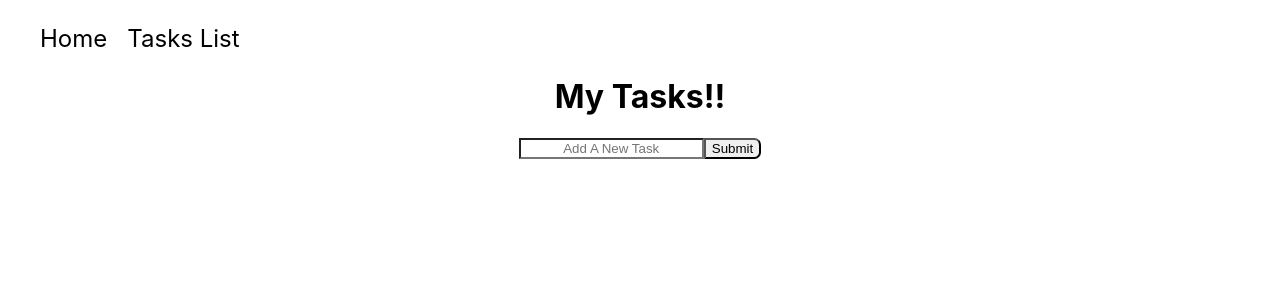
Repository: runner855/abstract_todolist
Page: /
An editor plug-in stored every save of this project. The page is shown before and after the next save, followed by the edit.
The browser window is 1280 px wide. The pictures show the whole page.
The project was rebuilt for these pictures with package versions that can differ from the ones it lists, and the page was loaded fresh each time.

Above is the page before, as saved 2022-11-08 15:56:21.

After the next save:
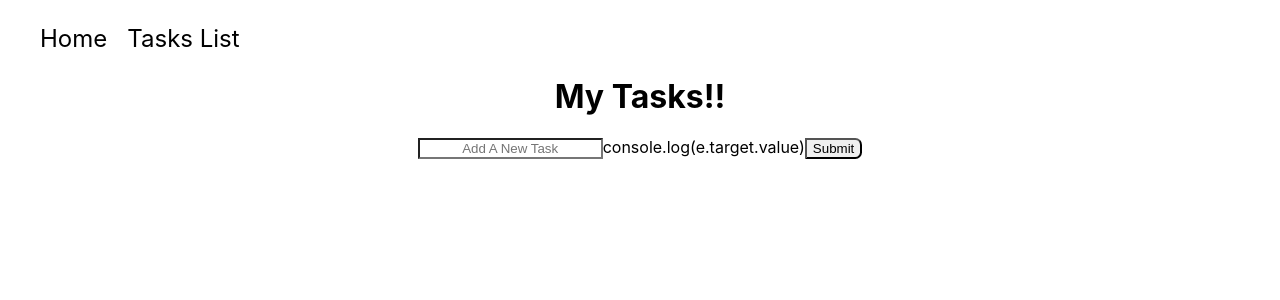
Saved 38 s later.
--- a/src/App.tsx
+++ b/src/App.tsx
@@ -14,6 +14,7 @@
           placeholder="Add A New Task"
           onChange={(e) => setValue(e.target.value)}
         ></input>
+        console.log(e.target.value)
         <button onClick={() => console.log("clicked")}>Submit</button>
       </div>
     </div>

After the save that followed:
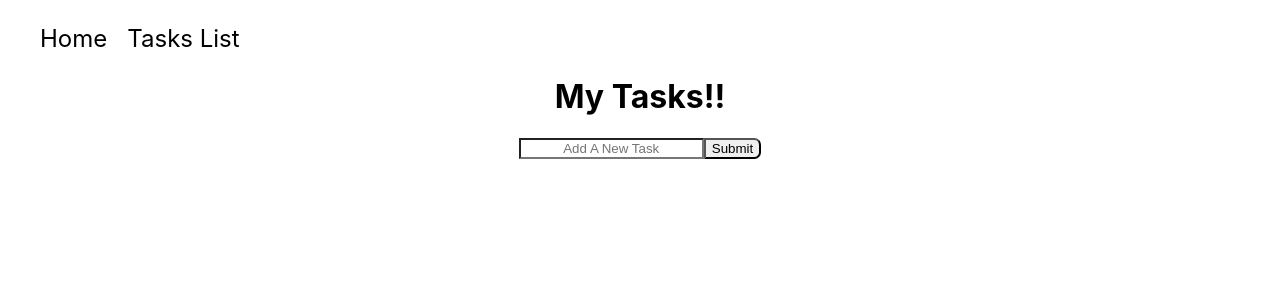
Saved 17 s later.
--- a/src/App.tsx
+++ b/src/App.tsx
@@ -14,7 +14,7 @@
           placeholder="Add A New Task"
           onChange={(e) => setValue(e.target.value)}
         ></input>
-        console.log(e.target.value)
+
         <button onClick={() => console.log("clicked")}>Submit</button>
       </div>
     </div>
